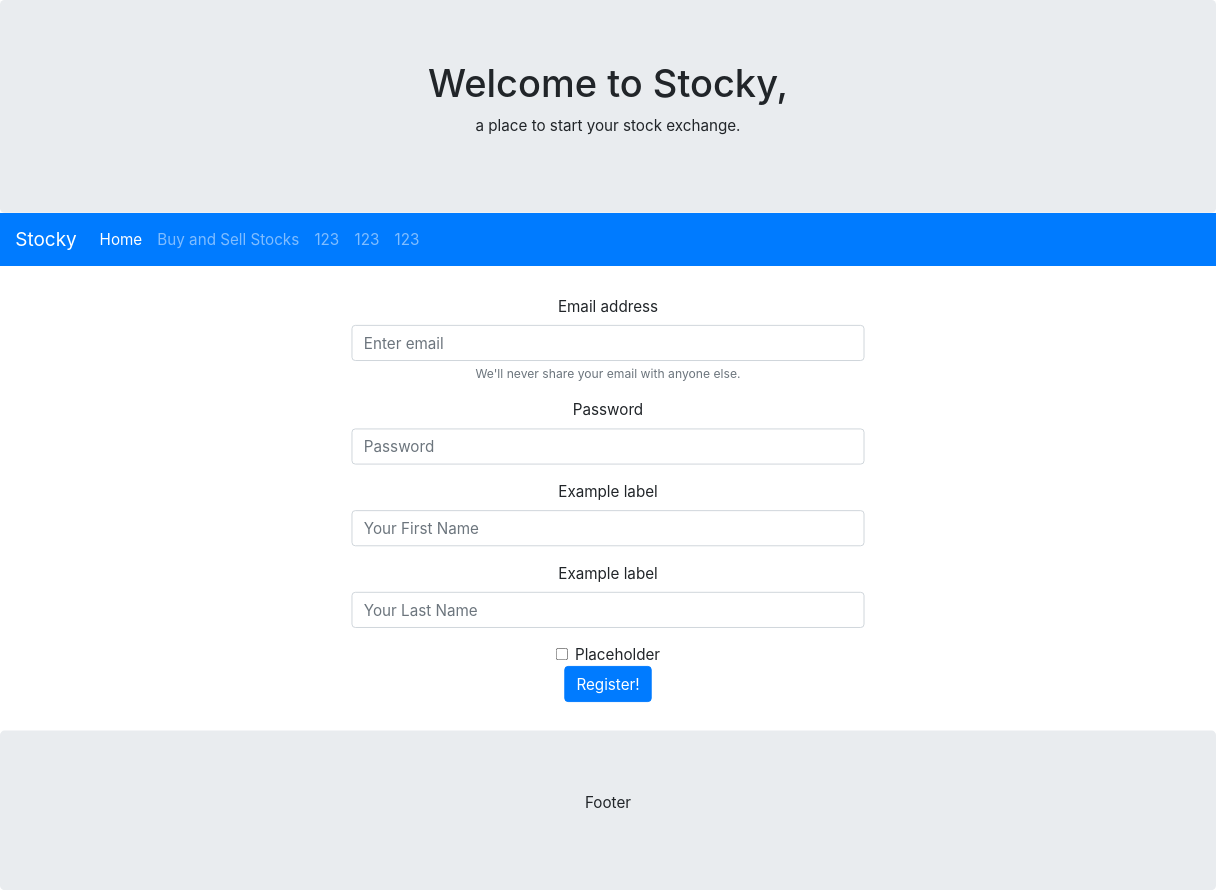
Repository: madfufuu/stocky
Page: http://localhost/stocky/signup.jsp
These files come from the project's save history. The page is drawn as it stood at one moment and after the next save; the edit follows.
The browser window is 1280 px wide. The pictures show the whole page, at 95% of full size.
The page is served by Tomcat 9. Other server files are loaded and not shown.

Above is the page before, as saved 2019-11-27 21:48:47.

### stocky-new-master/stocky/WebContent/signup.jsp
<%@ page language="java" contentType="text/html; charset=UTF-8"
    pageEncoding="UTF-8"%>
<!DOCTYPE html>
<html lang="en">
<head>
	<!-- Required meta tags -->
    <meta charset="utf-8">
    <meta name="viewport" content="width=device-width, initial-scale=1, shrink-to-fit=no">

	<!-- Bootstrap CSS -->
	<link rel="stylesheet" href="https://stackpath.bootstrapcdn.com/bootstrap/4.3.1/css/bootstrap.min.css" integrity="sha384-ggOyR0iXCbMQv3Xipma34MD+dH/1fQ784/j6cY/iJTQUOhcWr7x9JvoRxT2MZw1T" crossorigin="anonymous">
	<link rel="stylesheet" type="text/css" href="./style.css">

	<title>Registration</title>
</head>

<body>
	<div class="jumbotron text-center" style="margin-bottom:0">
  		<h1>Welcome to Stocky,</h1>
 		<p>a place to start your stock exchange.</p>
	</div>

	<nav class="navbar navbar-expand-lg navbar-dark bg-primary sticky-top">
  		<a class="navbar-brand" href="index.jsp">Stocky</a>
  		<button class="navbar-toggler" type="button" data-toggle="collapse" data-target="#navbarSupportedContent" aria-controls="navbarSupportedContent" aria-expanded="false" aria-label="Toggle navigation">
    		<span class="navbar-toggler-icon"></span>
  		</button>

  		<div class="collapse navbar-collapse" id="navbarSupportedContent">
			<ul class="navbar-nav mr-auto">
				<li class="nav-item active">
					<a class="nav-link" href="index.jsp">Home <span class="sr-only">(current)</span></a>
				</li>

				<li class="nav-item">
					<a class="nav-link" href="#">Buy and Sell Stocks</a>
				</li>

				<li class="nav-item">
					<a class="nav-link" href="#">123</a>
				</li>

				<li class="nav-item">
					<a class="nav-link" href="#">123</a>
				</li>

				<li class="nav-item">
					<a class="nav-link" href="#">123</a>
				</li>

			</ul>

		</div>
	</nav>

	<!-- <form id="signupForm" action="SignUpCheck" method="post">
		Email: <input type="text" name="email" /><br />
		<br />Password: <input type="password" name="password" /><br />
		<br />First Name: <input type="text" name="fname" /><br />
		<br />Last Name: <input type="text" name="lname" /><br />
		<br />Physical Address: <input type="text" name="paddress" /><br />
		<br /> <br />
		<br /> <input type="submit" />
	</form> -->

	<div class="container">
		<div class="row justify-content-center">
			<form action="SignUpCheck" method="post" class="col-sm-6"
				id="signupForm">
				<div class="form-group">
					<label for="inputEmail">Email address</label> <input
						type="email" class="form-control" id="inputEmail"
						aria-describedby="emailHelp" placeholder="Enter email"> <small
						id="emailHelp" class="form-text text-muted">We'll never
						share your email with anyone else.</small>
				</div>
				<div class="form-group">
					<label for="inputPassword">Password</label> <input
						type="password" class="form-control" id="inputPassword"
						placeholder="Password">
				</div>
				<div class="form-group">
					<label for="inputFirstName">Example label</label> <input
						type="text" class="form-control" id="inputFirstName"
						placeholder="Your First Name">
				</div>
				<div class="form-group">
					<label for="inputLastName">Example label</label> <input
						type="text" class="form-control" id="inputLastName"
						placeholder="Your Last Name">
				</div>
				<div class="form-check">
					<input type="checkbox" class="form-check-input" id="exampleCheck1">
					<label class="form-check-label" for="exampleCheck1">Placeholder</label>
				</div>
				<button type="submit" class="btn btn-primary">Register!</button>
			</form>
		</div>
	</div>

	<div class="jumbotron text-center" style="margin-bottom:0">
		<p>Footer</p>
	</div>



	<!-- Optional JavaScript -->
    <!-- jQuery first, then Popper.js, then Bootstrap JS -->
	<script src="https://code.jquery.com/jquery-3.3.1.slim.min.js" integrity="sha384-q8i/X+965DzO0rT7abK41JStQIAqVgRVzpbzo5smXKp4YfRvH+8abtTE1Pi6jizo" crossorigin="anonymous"></script>
	<script src="https://cdnjs.cloudflare.com/ajax/libs/popper.js/1.14.7/umd/popper.min.js" integrity="sha384-UO2eT0CpHqdSJQ6hJty5KVphtPhzWj9WO1clHTMGa3JDZwrnQq4sF86dIHNDz0W1" crossorigin="anonymous"></script>
	<script src="https://stackpath.bootstrapcdn.com/bootstrap/4.3.1/js/bootstrap.min.js" integrity="sha384-JjSmVgyd0p3pXB1rRibZUAYoIIy6OrQ6VrjIEaFf/nJGzIxFDsf4x0xIM+B07jRM" crossorigin="anonymous"></script>
</body>
</html>

### stocky-new-master/stocky/WebContent/style.css
@charset "UTF-8";
#signin-form-card {
	width: 50%;
}

#signupForm{
	text-align: center;
	margin-top:  30px;
	margin-bottom:  30px;
}

After the next save:
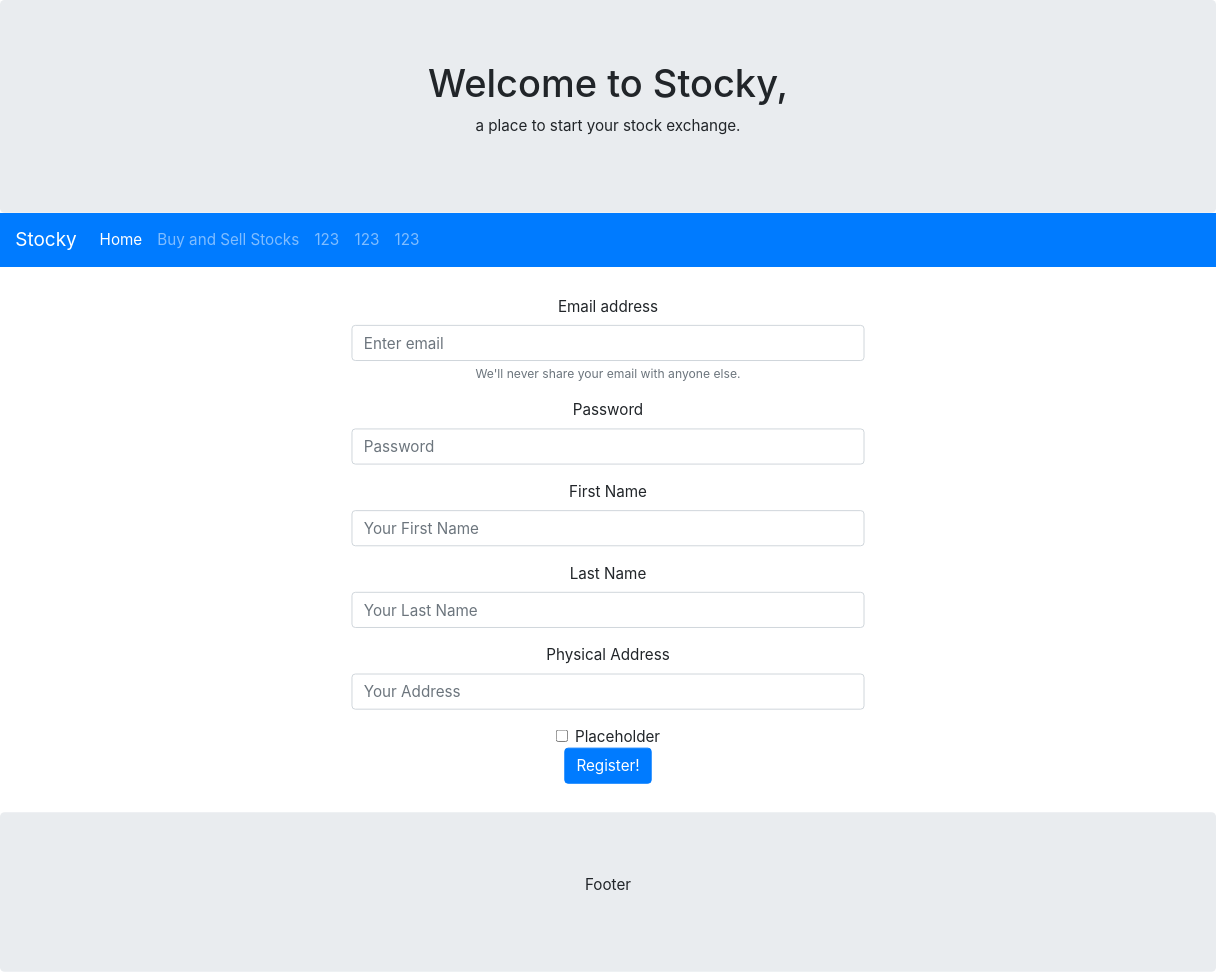
Saved 63 s later.
--- a/stocky-new-master/stocky/WebContent/signup.jsp
+++ b/stocky-new-master/stocky/WebContent/signup.jsp
@@ -80,14 +80,19 @@
 						placeholder="Password">
 				</div>
 				<div class="form-group">
-					<label for="inputFirstName">Example label</label> <input
+					<label for="inputFirstName">First Name</label> <input
 						type="text" class="form-control" id="inputFirstName"
 						placeholder="Your First Name">
 				</div>
 				<div class="form-group">
-					<label for="inputLastName">Example label</label> <input
+					<label for="inputLastName">Last Name</label> <input
 						type="text" class="form-control" id="inputLastName"
 						placeholder="Your Last Name">
+				</div>
+				<div class="form-group">
+					<label for="inputAddress">Physical Address</label> <input
+						type="text" class="form-control" id="inputAddress"
+						placeholder="Your Address">
 				</div>
 				<div class="form-check">
 					<input type="checkbox" class="form-check-input" id="exampleCheck1">
